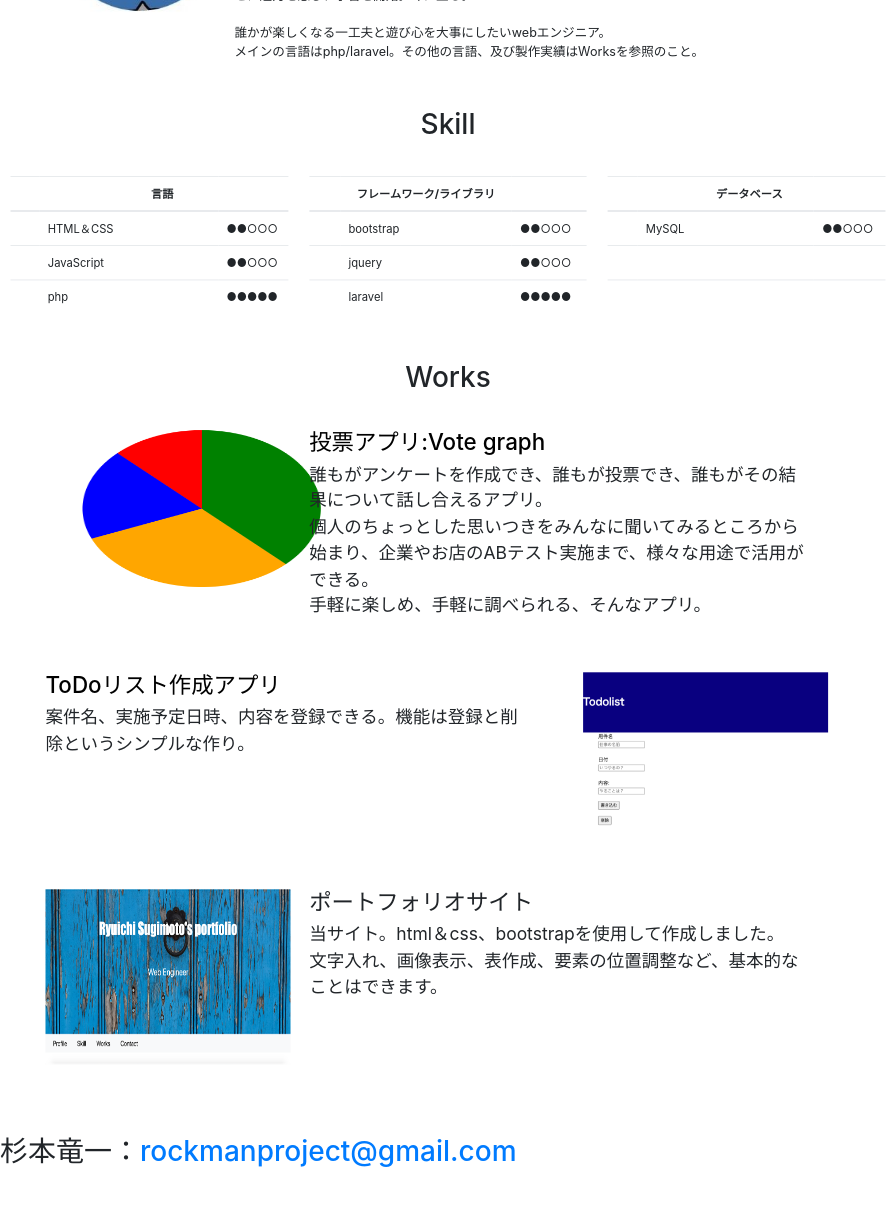
Repository: Ryuichi-sugimoto1119/self-introduction
Page: index.html
The author's editor kept a record of every edit. The page is drawn from the files as they stood at one moment, then again after the next edit.
The browser window is 1280 px wide. The pictures show the part of the page from y = 1159 to 3079 px (the page is 2888 px tall before and 3079 px after), at 70% of full size.
Some web libraries are served in a nearby version.

Above is the page before.

After the next edit:
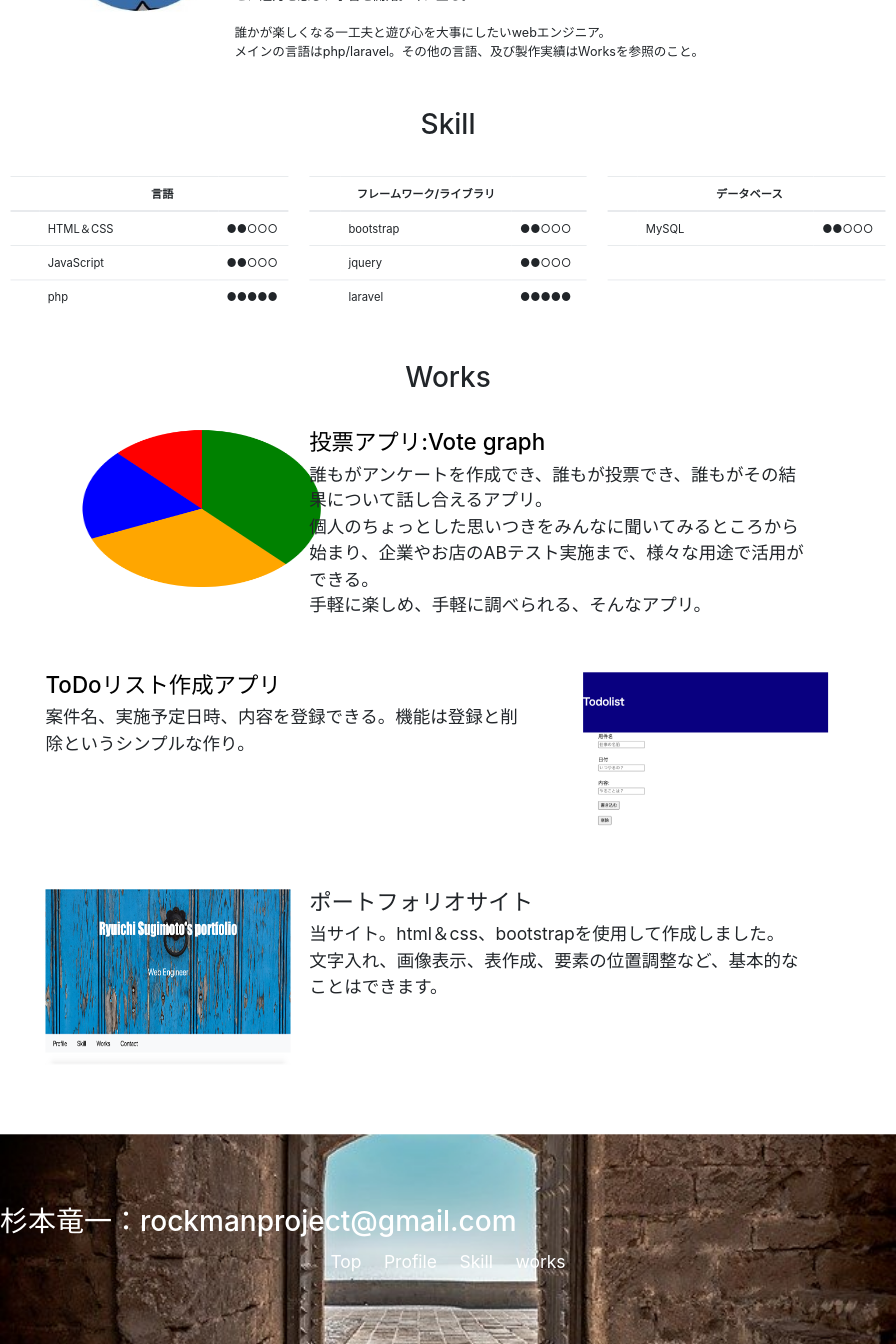
The edit:
--- a/index.html
+++ b/index.html
@@ -230,7 +230,7 @@
 
   </div>
 
-  <div id="end">
+  <div id="contact">
     <footer>
       <h1>杉本竜一：<a href="mailto:rockmanproject&#64;gmail.com">rockmanproject@gmail.com</a></h1>
 
